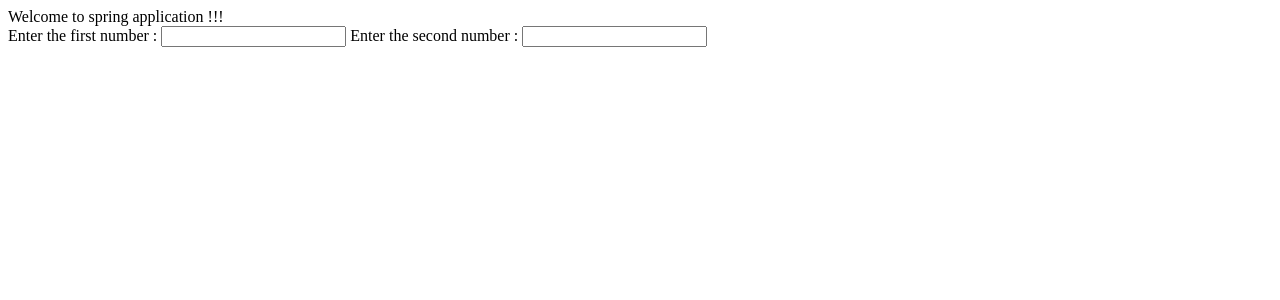
Repository: bhagyarajk/Spring-Boot
Page: http://localhost/Springbootmvc-inputandprocessing/
The author's editor kept a copy of each file at every save. The page is drawn from the files as they stood at one save, then again after the next save.
The browser window is 1280 px wide. The pictures show the whole page.
The page is served by Tomcat 9.

Above is the page before, as saved 2020-07-12 10:00:21.

After the next save:
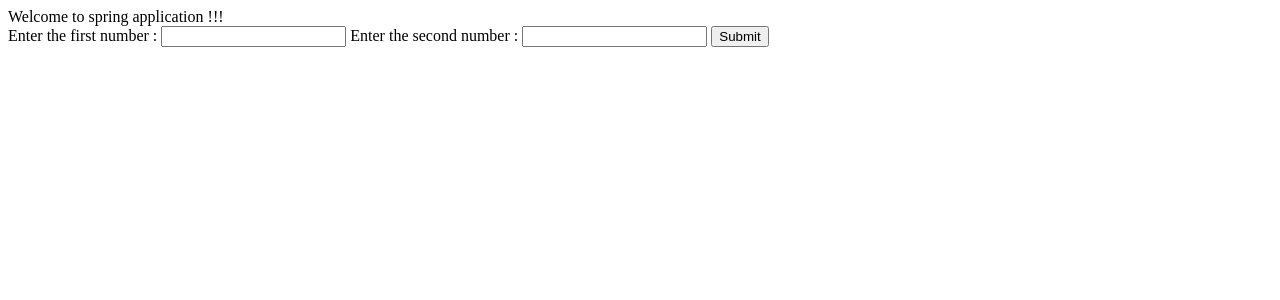
Saved 6 min 21 s later.
--- a/Springbootmvc-inputandprocessing/src/main/webapp/index.jsp
+++ b/Springbootmvc-inputandprocessing/src/main/webapp/index.jsp
@@ -14,6 +14,7 @@ Welcome to spring application !!!
 <input name="number1" type="text" id="number1" >
 <label for="number2">Enter the second number : </label>
 <input name="number2" type="text" id="number2">
+<input type="submit">
 
 </form>
 </body>
